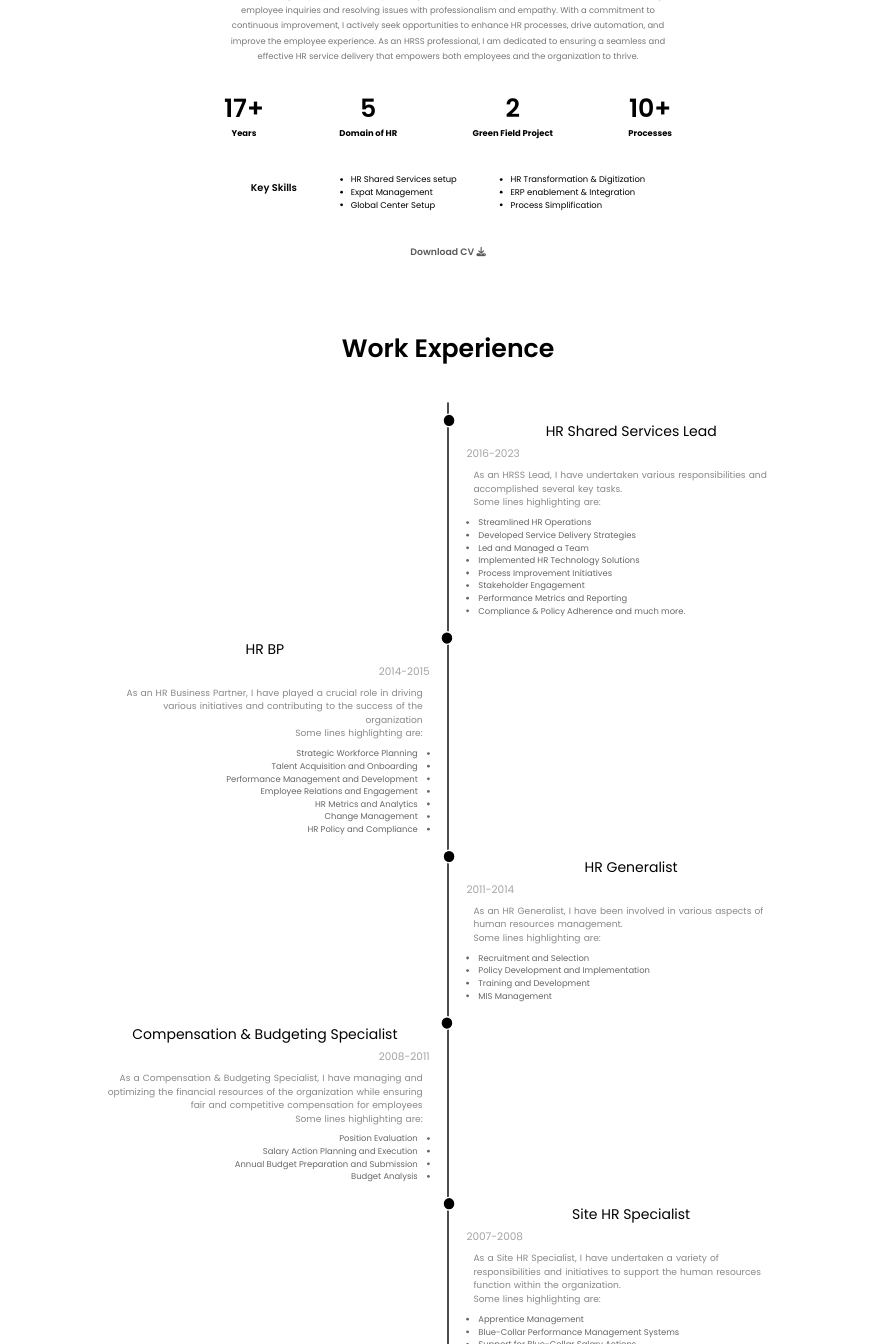
Repository: xoshiraghavx/Niharika-portfolio
Page: index.html
These files come from the project's save history. The page is drawn as it stood at one moment and after the next save; the edit follows.
The browser window is 1280 px wide. The pictures show the part of the page from y = 1002 to 2922 px (the page is 3986 px tall before and 3987 px after), at 70% of full size.
Some web libraries are served in a nearby version.

Above is the page before, as saved 2023-06-16 11:34:31.

### index.html
<!DOCTYPE html>
<html lang="en">
<head>
    <meta charset="UTF-8">
    <meta http-equiv="X-UA-Compatible" content="IE=edge">
    <meta name="viewport" content="width=device-width, initial-scale=1.0">
    <title>Niharika Singh | Portfolio</title>
    <link rel="stylesheet" href="../css/index.css">
    <link rel="preconnect" href="https://fonts.googleapis.com">
<link rel="preconnect" href="https://fonts.gstatic.com" crossorigin>
<link href="https://fonts.googleapis.com/css2?family=Poppins:wght@100;200;300;400;600;700&family=Righteous&display=swap" rel="stylesheet">
<link rel="stylesheet" href="https://stackpath.bootstrapcdn.com/font-awesome/4.7.0/css/font-awesome.min.css">
<link rel="stylesheet" href="./css/particle.css">
<link href="https://unpkg.com/aos@2.3.1/dist/aos.css" rel="stylesheet">
<link rel="icon" href="./img/image.jpg">

</head>
<body>
    <section class="header" id="head">
        <div id="particles-js">
        <nav>
            <div class="logo">
                <h2>NS</h2>
            </div>
            <div class="nav-links" id="navLinks">
                <i class="fa fa-times" onclick="hideMenu()"></i>
                <ul>
                    <li><a href="#head">HOME</a></li>
                    <li><a href="#about">ABOUT</a></li>
                    <li><a href="#work">WORK</a></li>
                    <li><a href="#contact">CONTACT</a></li>
                </ul>
            </div>
            <div class="social">
                    <div><a href="https://www.linkedin.com/in/niharika-singh-54130b13/" target="_blank"><i class="fa-brands fa-linkedin"></i></a></div>
                    <div><a href="https://www.facebook.com/people/Niharika-Singh/pfbid0zDJLjq1fehJWAvFLc7zkpJ6FsEs1uDxExLjwh94ZH389RFf4Q5YAZHgxJCLQanLsl/" target="_blank"><i class="fa-brands fa-facebook"></i></a></div>
                    <div><a href="https://www.instagram.com/niharika14042012/" target="_blank"><i class="fa-brands fa-instagram"></i></a></div>
            </div>
        </nav>

        <div id="home"data-aos="zoom-in" data-aos-duration="1000">
            <div class="img">
                <p style="color: #c5c1c1; font-weight: 600;">Hello, I'm</p>
            </div>
            <h1 class="hh1">NIHARIKA SINGH</h1>
            <div class="p1"data-aos="fade-in" data-aos-delay="1300"data-aos-duration="1000">
                <p>As an HR professional, I nurture a harmonious and productive workforce.</p>
            </div>
            <div class="container">
                <a href="#about">
                <div class="field" >
                    <div class="mouse"></div>
                </div>
            </a>
            </div>
    </div>
    </section>

<!-- ---------About----------------- -->
<section class="about-us" id="about">
    <div class="row1">
        <div class="about-col">
            <h1>About me</h1>
            <p>
                As an HRSS professional, I am dedicated to delivering high-quality HR services to support the organization and its employees. With a strong foundation in HR operations and a passion for process optimization, I thrive in streamlining workflows and enhancing efficiency. My expertise lies in managing HRIS systems, administering employee data, and providing accurate and timely HR information. I excel in addressing employee inquiries and resolving issues with professionalism and empathy. With a commitment to continuous improvement, I actively seek opportunities to enhance HR processes, drive automation, and improve the employee experience. As an HRSS professional, I am dedicated to ensuring a seamless and effective HR service delivery that empowers both employees and the organization to thrive.</p>
        </div>
    </div>
    <div class="bar">
        <div class="count">
            <div class="exp">
                <h1>17+</h1>
            </div>
            <div class="exp_name">
                <h4>Years</h4>
            </div>
        </div>
        <div class="count">
            <div class="exp">
                <h1>5</h1>
            </div>
            <div class="exp_name">
                <h4>Domain of HR</h4>
            </div>
        </div>
        <div class="count">
            <div class="exp">
                <h1>2</h1>
            </div>
            <div class="exp_name">
                <h4>Green Field Project </h4>
            </div>
        </div>
        <div class="count">
            <div class="exp">
                <h1>10+</h1>
            </div>
            <div class="exp_name">
                <h4>Processes </h4>
            </div>
        </div>
    </div>
    <div class="skills">
        <h3>Key Skills</h3>
        <ul>
            <li>HR Shared Services setup</li>
            <li>Expat Management</li>
            <li>Global Center Setup</li>
        </ul>
        <ul>
            <li>HR Transformation & Digitization</li>
            <li>ERP enablement & Integration</li>
            <li>Process Simplification</li>
        </ul>
    </div>
    <div class="cv">
        <button><a href="./img/CV-Niharika Singh.pdf">Download CV </a><i class="fa fa-download"></i></button>
    </div>
</section>
<!-- ------------Timeline------------- -->
<section id="work">
    <h1>Work Experience</h1>
    <div class="timeline">
            <div class="timeline-block timeline-block-right">
               <div class="marker"></div>
               <div class="timeline-content">
                  <h3>HR Shared Services Lead </h3>
                  <span>2016-2023</span>
                  <p>As an HRSS Lead, I have undertaken various responsibilities and accomplished several key tasks.
                    <br>Some lines highlighting are:
                    <li>Streamlined HR Operations</li>
                    <li>Developed Service Delivery Strategies</li>
                    <li>Led and Managed a Team</li>
                    <li>Implemented HR Technology Solutions</li>
                    <li>Process Improvement Initiatives</li>
                    <li>Stakeholder Engagement</li>
                    <li>Performance Metrics and Reporting</li>
                    <li>Compliance & Policy Adherence and much more.</li>  </p>
               </div>
            </div>
            <div class="timeline-block timeline-block-left">
               <div class="marker"></div>
               <div class="timeline-content">
                  <h3>HR BP</h3>
                  <span>2014-2015</span>
                  <p>As an HR Business Partner, I have played a crucial role in driving various initiatives and contributing to the success of the organization
                    <br>:Some lines highlighting are
                    <li>Strategic Workforce Planning</li>
                    <li>Talent Acquisition and Onboarding</li>
                    <li>Performance Management and Development</li>
                    <li>Employee Relations and Engagement</li>
                    <li>HR Metrics and Analytics</li>
                    <li>Change Management</li>
                    <li>HR Policy and Compliance</li></p>
               </div>
            </div>
            <div class="timeline-block timeline-block-right">
                <div class="marker"></div>
                <div class="timeline-content">
                   <h3>HR Generalist</h3>
                   <span>2011-2014</span>
                   <p>As an HR Generalist, I have been involved in various aspects of human resources management.
                    <br>Some lines highlighting are:
                    <li>Recruitment and Selection</li>
                    <li>Policy Development and Implementation</li>
                    <li>Training and Development</li>
                    <li>MIS Management</li> </p>
                </div>
             </div>
            <div class="timeline-block timeline-block-left">
               <div class="marker"></div>
               <div class="timeline-content">
                  <h3>Compensation & Budgeting Specialist </h3>
                  <span>2008-2011</span>
                  <p>As a Compensation & Budgeting Specialist, I have managing and optimizing the financial resources of the organization while ensuring fair and competitive compensation for employees
                    <br>:Some lines highlighting are
                    <li>Position Evaluation</li>
                    <li>Salary Action Planning and Execution</li>
                    <li>Annual Budget Preparation and Submission</li>
                    <li>Budget Analysis</li> </p>
               </div>
            </div>

            <div class="timeline-block timeline-block-right">
               <div class="marker"></div>
               <div class="timeline-content">
                  <h3>Site HR Specialist </h3>
                  <span>2007-2008</span>
                  <p>As a Site HR Specialist, I have undertaken a variety of responsibilities and initiatives to support the human resources function within the organization.
                    <br>Some lines highlighting are:
                    <li>Apprentice Management</li>
                    <li>Blue-Collar Performance Management Systems</li>
                    <li>Support for Blue-Collar Salary Actions</li>
                    <li>Grievance Handling</li> </p>
               </div>
            </div>

            <div class="timeline-block timeline-block-left">
               <div class="marker"></div>
               <div class="timeline-content">
                  <h3>Recruitment Executive </h3>
                  <span>2006-2007</span>
                  <p>As a Recruitment Executive, I have successfully contributed to the growth and success of the company by implementing effective recruitment strategies and processes
                    <br>:Some lines highlighting are
                    <li>Training and Development</li>
                    <li>Recruitment and Selection</li>
                    <li>Support to R&R </li>
                    <li>Part of the Event Management Team</li> </p>
               </div>
            </div>
    </div>
</section>
<section class="contact-us" id="contact">
    <h1>Get in Touch
    </h1>
    <div class="row">
        <div class="contact-col">
            <div>
                 <i class="fa fa-phone"></i>
                 <span>
                     <h5><a href="tel: +918178788527">+91 8826795109</a></h5>
                     <p>Monday to Friday, 10AM to 6PM</p>
                 </span>
            </div>
            <div>
                 <i class="fa fa-envelope-o"></i>
                 <span>
                     <h5><a href="mailto: niharika14042012@gmail.com ">niharika14042012@gmail.com</a></h5>
                     <p>Email your query</p>
                 </span>
            </div>
            <div>
                <i class="fa fa-home"></i>
                <span>
                    <h5><a href="https://www.google.com/maps/place/Greater+Noida,+Uttar+Pradesh/@28.4985622,77.3511809,11z/data=!3m1!4b1!4m6!3m5!1s0x390cea64b8f89aef:0xec0ccabb5317962e!8m2!3d28.4743879!4d77.5039904!16zL20vMGN3OXEy?entry=ttu" target="_blank">Greater Noida</a></h5>
                    <p>UP, India</p>
                </span>
           </div>
        </div>
        <div class="contact-col">
            <form action="https://formcarry.com/s/P6GKrEghsf" method="POST" accept-charset="UTF-8">
                <input type="text" name="name" placeholder="Enter your name" required>
                <input type="email" name="email" placeholder="Enter your email address" required>
                <input type="text" name="subject" placeholder="Enter your subject" required>
                <textarea rows="8" name="message" placeholder="Message" required></textarea>
                <button type="submit" class="hero-btn">Send Message</button>
            </form>
        </div>
    </div>
</section>
<!-- --------footer--------- -->
<section class="footer">
    <p style="text-align: center;">Developed with by <a href="https://www.linkedin.com/in/oshiraghav/" target="_blank">Oshi Raghav</a></p>
</section>

<!-- ---------------javascript----------------->
    	<script src=
		"particles.js-master/particles.js">
	</script>
	<script src=
		"/particles.js-master/demo/js/app.js">
	</script>
     <script src="https://unpkg.com/aos@2.3.1/dist/aos.js"></script>
    <script>
     AOS.init();
    </script>
    <script src="https://kit.fontawesome.com/b6191824ce.js" crossorigin="anonymous"></script>
</body>
</html>

### css/particle.css
/* ---- reset ---- */

body {
    margin: 0;
    font:normal 75% Arial, Helvetica, sans-serif;
  }

  canvas {
    display: block;
    vertical-align: bottom;
  }

  /* ---- particles.js container ---- */

  #particles-js {
    position: absolute;
    width: 100%;
    height: 100vh;
    background-color: #000000;
  }

  /* ---- stats.js ---- */

  .count-particles{
    background: #ff0000;
    position: absolute;
    top: 48px;
    left: 0;
    width: 80px;
    color: #13E8E9;
    font-size: .8em;
    text-align: left;
    text-indent: 4px;
    line-height: 14px;
    padding-bottom: 2px;
    font-family: Helvetica, Arial, sans-serif;
    font-weight: bold;
  }

  .js-count-particles{
    font-size: 1.1em;
  }

  #stats,
  .count-particles{
    -webkit-user-select: none;
  }

  #stats{
    border-radius: 3px 3px 0 0;
    overflow: hidden;
  }

  .count-particles{
    border-radius: 0 0 3px 3px;
  }

Loaded but not shown: particles.js-master/particles.js (common file); particles.js-master/demo/js/app.js (133 lines, source omitted); css/index.css (445 lines, source omitted)

After the next save:
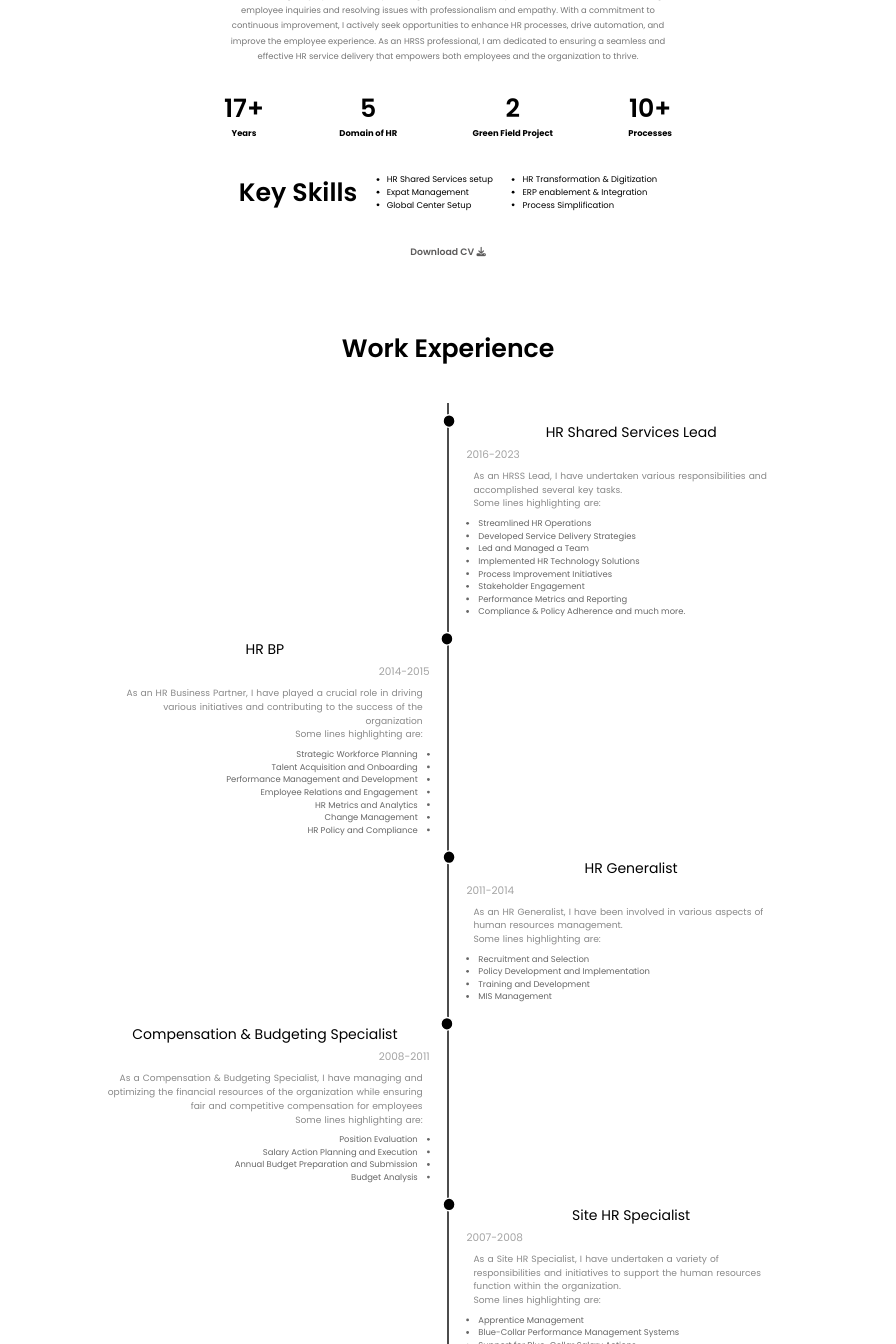
Saved 17 s later.
--- a/index.html
+++ b/index.html
@@ -100,7 +100,7 @@
         </div>
     </div>
     <div class="skills">
-        <h3>Key Skills</h3>
+        <h1>Key Skills</h1>
         <ul>
             <li>HR Shared Services setup</li>
             <li>Expat Management</li>

After the 2 saves that followed:
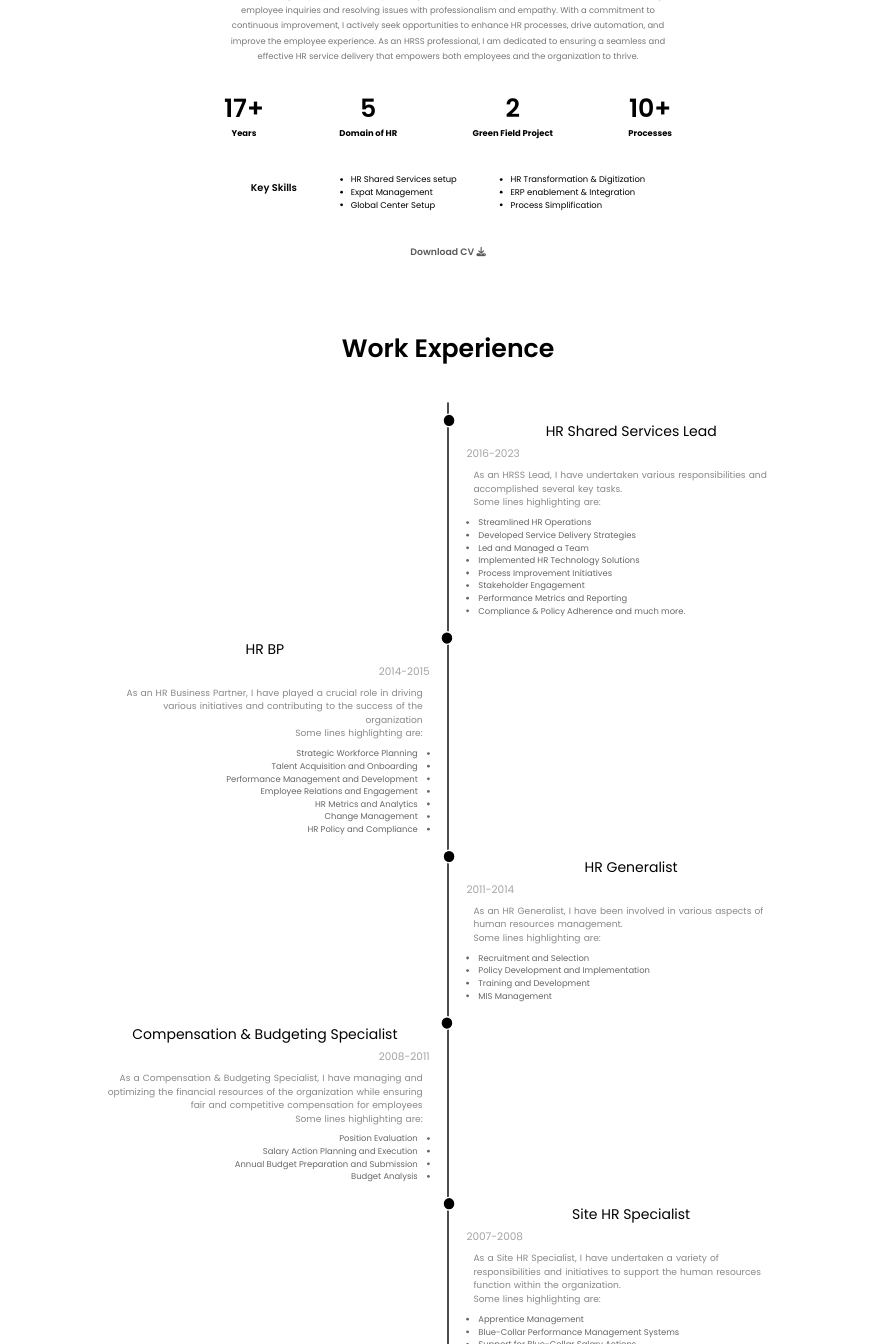
The 2 saves are shown as one change because they came seconds apart.
The last was saved 5 s later.
--- a/index.html
+++ b/index.html
@@ -100,7 +100,7 @@
         </div>
     </div>
     <div class="skills">
-        <h1>Key Skills</h1>
+        <h3>Key Skills</h3>
         <ul>
             <li>HR Shared Services setup</li>
             <li>Expat Management</li>
